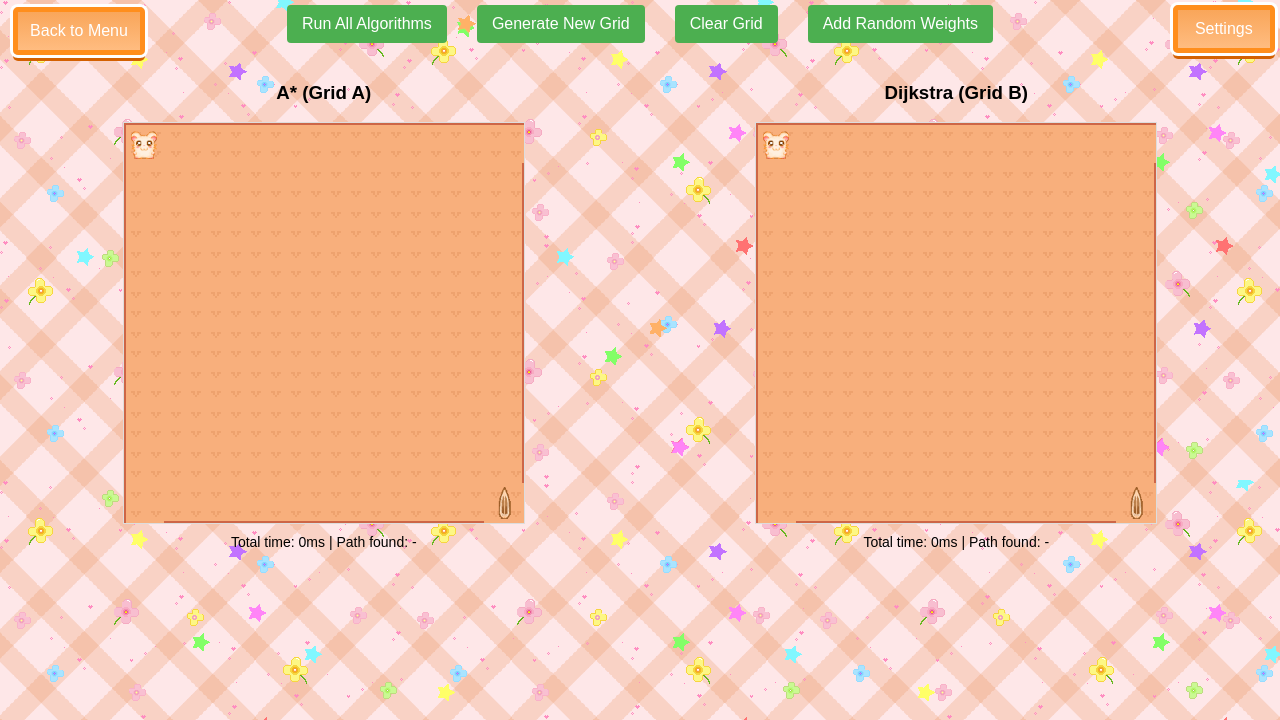
Repository: ramosfranz/Hamster-Crossing
Page: game.html
An editor plug-in stored every save of this project. The page is shown before and after the next save, followed by the edit.
The browser window is 1280 px wide. The pictures show the whole page.
Some web fonts or font styles are not loaded; a fallback is used.

Above is the page before, as saved 2025-05-06 14:28:47.

After the next save:
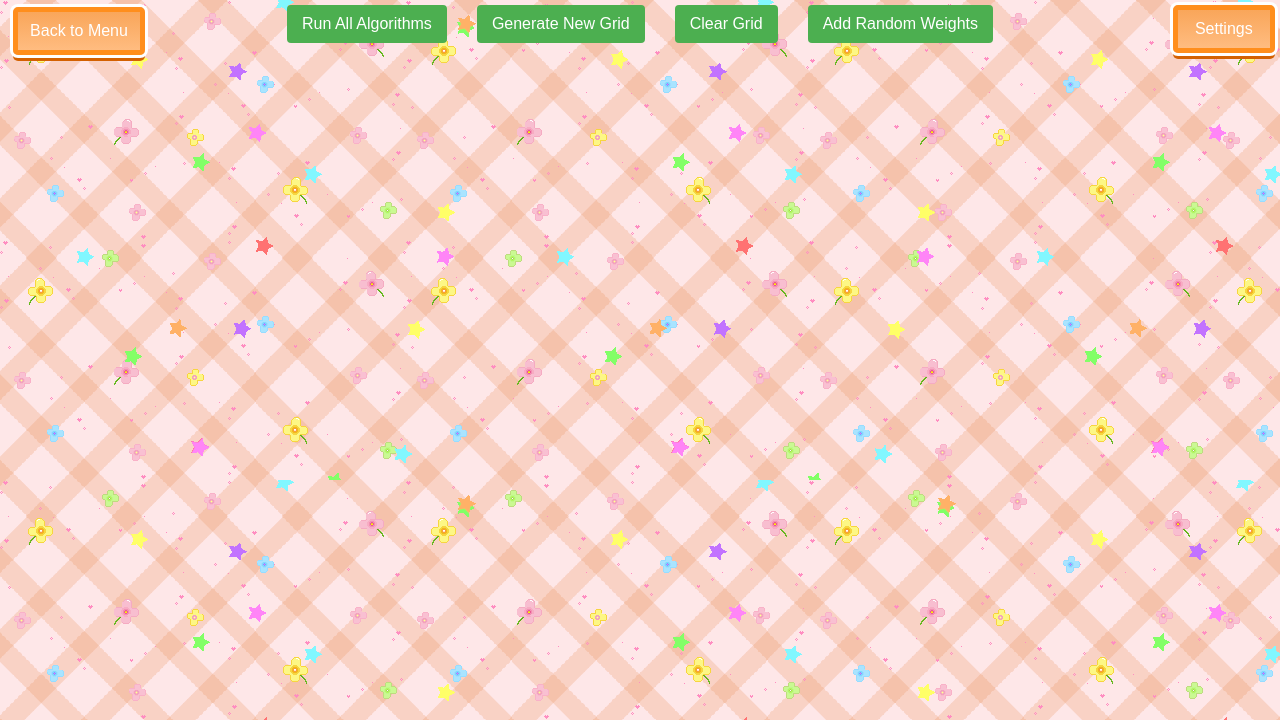
Console error: SyntaxError: Unexpected token 'export'
Saved 68 s later.
--- a/js/visualizer.js
+++ b/js/visualizer.js
@@ -324,11 +324,15 @@
 }
 
 function markVisited(ctx, row, col, cellSize) {
-    ctx.save();
-    ctx.globalAlpha = 0.3;       // semi-transparent
-    ctx.fillStyle = 'yellow';   // or any highlight color
-    ctx.fillRect(col*cellSize, row*cellSize, cellSize, cellSize);
-    ctx.restore();
+    export async function drawVisited(ctx, visitedOrder) {
+        const canvas = ctx.canvas;
+        const cellSize = canvas.width / cols;
+
+        for (const cell of visitedOrder) {
+            markVisited(ctx, cell.y, cell.x, cellSize);
+            await sleep(20);  // Adjust for speed
+        }
+    }
 }
 
 // Initialize everything when the page loads

After the save that followed:
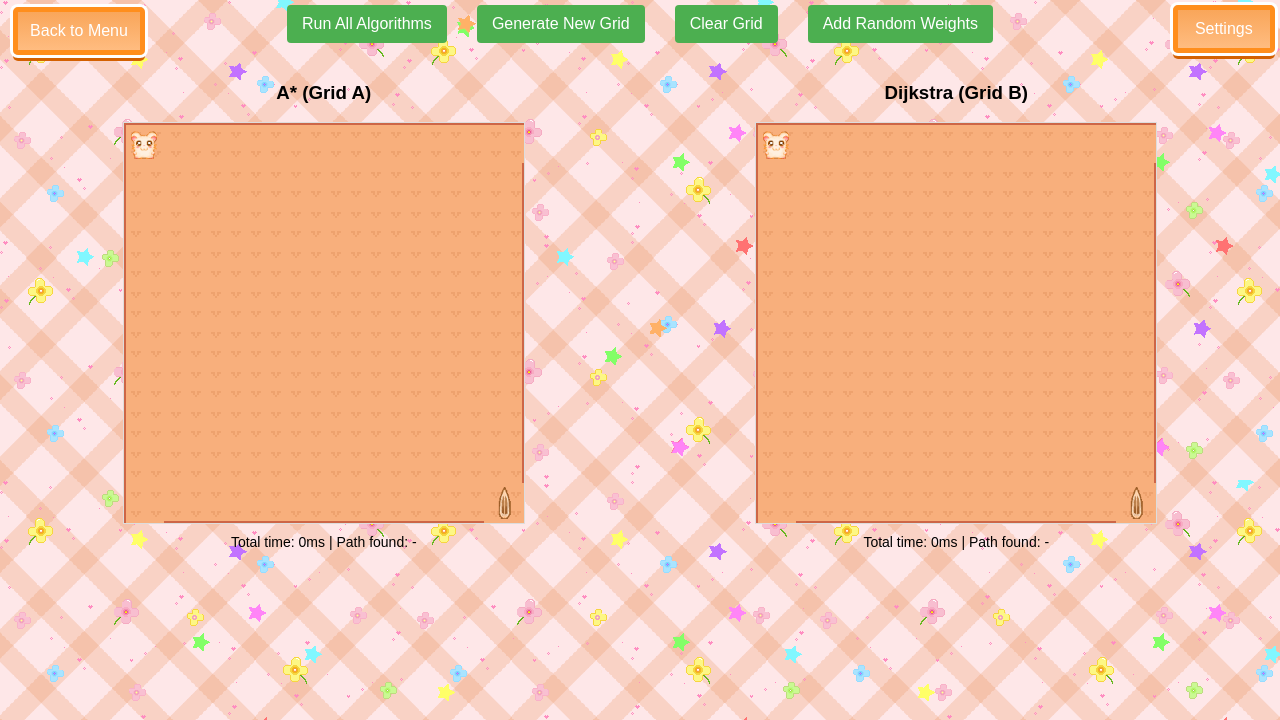
The error is gone.
Saved 14 s later.
--- a/js/visualizer.js
+++ b/js/visualizer.js
@@ -323,17 +323,16 @@
     return index === 0 ? spriteFrames.transition : spriteFrames.animation[frameIndex];
 }
 
-function markVisited(ctx, row, col, cellSize) {
-    export async function drawVisited(ctx, visitedOrder) {
-        const canvas = ctx.canvas;
-        const cellSize = canvas.width / cols;
-
-        for (const cell of visitedOrder) {
-            markVisited(ctx, cell.y, cell.x, cellSize);
-            await sleep(20);  // Adjust for speed
-        }
-    }
-}
+export async function drawVisited(ctx, visitedOrder) {
+    const canvas = ctx.canvas;
+    const cellSize = canvas.width / cols;
+
+    for (const cell of visitedOrder) {
+        markVisited(ctx, cell.y, cell.x, cellSize);
+        await sleep(20);  // Adjust for speed
+    }
+}
+
 
 // Initialize everything when the page loads
 export function initializeVisualizer() {
